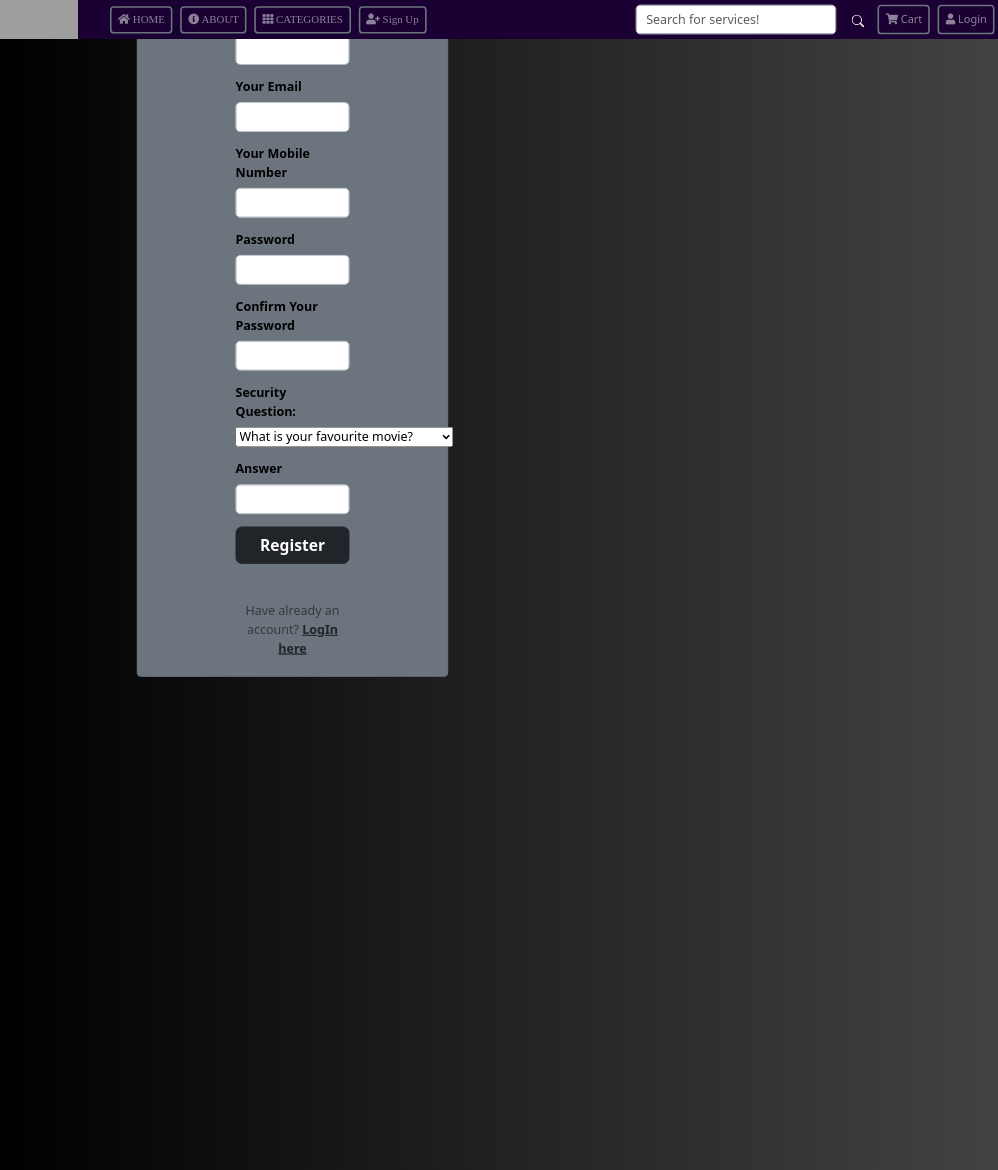
Repository: Ishanibmk/MOVIOT---An-OTT-Platform-using-Java-and-Springboot
Page: http://localhost/OTT/WEB-INF/view/signup.jsp
The author's editor kept a copy of each file at every save. The page is drawn from the files as they stood at one save, then again after the next save.
The browser window is 1280 px wide. The pictures show the whole page, at 78% of full size.
Pictures or frames that could not be fetched are drawn as grey boxes. Some web libraries are served in a nearby version. The page is served by Tomcat 9. Nobody is signed in. The template is opened directly, without the code that normally fills it, so the values that code supplies are empty.

Above is the page before, as saved 2024-03-02 14:13:57.

After the next save:
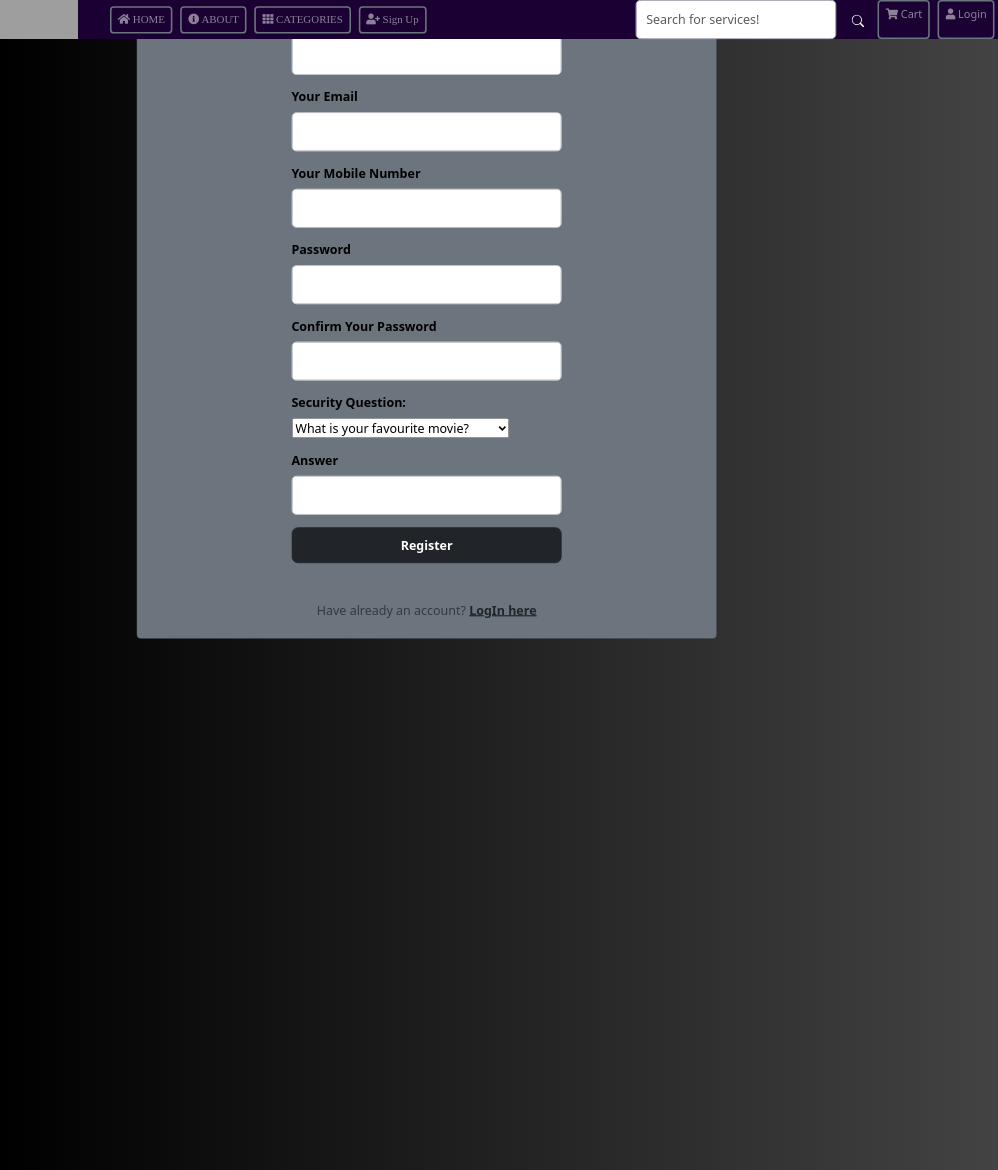
Saved 2 min 24 s later.
--- a/Moviot/MOVIOT-main/ott/OTT/src/main/webapp/WEB-INF/view/signup.jsp
+++ b/Moviot/MOVIOT-main/ott/OTT/src/main/webapp/WEB-INF/view/signup.jsp
@@ -18,16 +18,30 @@
             padding: 0; /* Remove default padding */
         }
         .form-container {
-            padding-top: 30px; /* Add padding to the top of the form */
-            padding-bottom: 30px; /* Add padding to the bottom of the form */
+            display: flex;
+            justify-content: center;
+            align-items: center;
+            height: 100vh; /* Full viewport height */
         }
         .card {
-            max-width: 400px; /* Set maximum width for the card */
+            max-width: calc(16vh * 9); /* Set maximum width for the card based on 9:16 ratio */
+            width: 80%; /* Adjust the width of the card */
+        }
+        .form-label {
+            font-size: 16px; /* Adjust font size of form labels */
+        }
+        .form-control {
+            font-size: 16px; /* Adjust font size of form input fields */
+            padding: 12px; /* Adjust padding of form input fields */
+        }
+        .btn-lg {
+            font-size: 16px; /* Adjust font size of buttons */
+            padding: 10px 20px; /* Adjust padding of buttons */
         }
     </style>
 </head>
 <body>
-<section class="vh-100 d-flex justify-content-center align-items-center">
+<section class="form-container">
     <div class="col-lg-12 col-xl-9" >
         <div class="card text-black bg-secondary">
             <div class="card-body p-md-4">
@@ -35,6 +49,8 @@
                     <div class="col-md-10 col-lg-8 col-xl-7 order-2 order-lg-1">
                         <p class="text-center h1 fw-bold mb-4 mx-1 mx-md-4 mt-3"><b>Sign up</b></p>
                         <form action="regprocess" method="post" class="mx-1 mx-md-4">
+
+
 
                             <div class="mb-3">
                                 <label for="validationDefault01" class="form-label"><b>Your Name</b></label>
